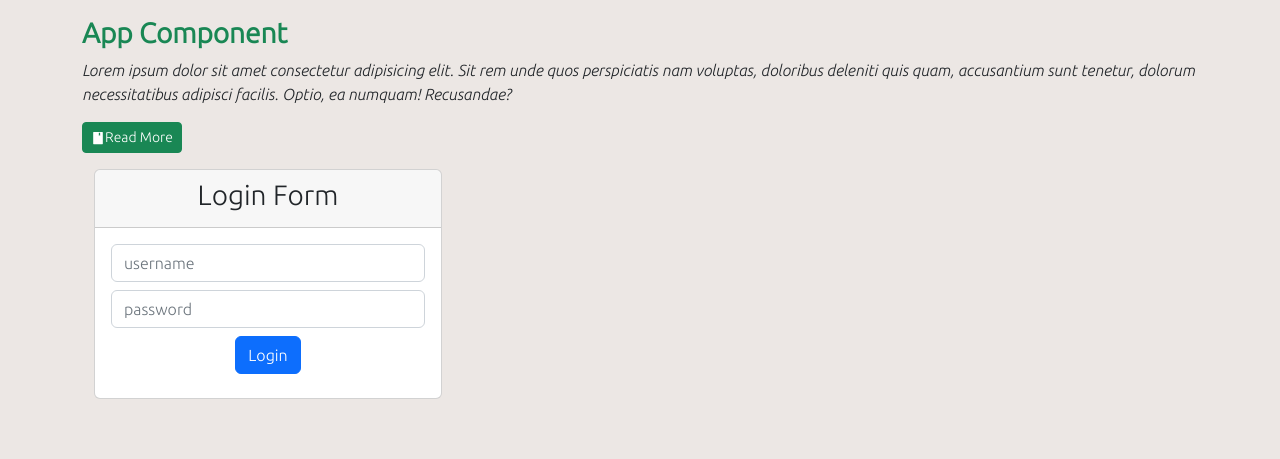
Repository: OmniaRafat232111121/employee_List
Page: /
An editor plug-in stored every save of this project. The page is shown before and after a run of saves, followed by the edit.
The browser window is 1280 px wide. The pictures show the whole page.
The project was rebuilt for these pictures with package versions that can differ from the ones it lists, and the page was loaded fresh each time.

Above is the page before, as saved 2022-09-09 15:24:56.

### public/index.html
<!DOCTYPE html>
<html lang="en">
  <head>
    <meta charset="utf-8" />
    <link rel="icon" href="%PUBLIC_URL%/favicon.ico" />
    <meta name="viewport" content="width=device-width, initial-scale=1" />
    <meta name="theme-color" content="#000000" />
    <meta
      name="description"
      content="Web site created using create-react-app"
    />
    <link rel="stylesheet" href="https://cdnjs.cloudflare.com/ajax/libs/font-awesome/4.7.0/css/font-awesome.css" integrity="sha512-5A8nwdMOWrSz20fDsjczgUidUBR8liPYU+WymTZP1lmY9G6Oc7HlZv156XqnsgNUzTyMefFTcsFH/tnJE/+xBg==" crossorigin="anonymous" referrerpolicy="no-referrer" />
    <link rel="manifest" href="%PUBLIC_URL%/manifest.json" />
    <title>React App</title>
  </head>
  <body>
    <noscript>You need to enable JavaScript to run this app.</noscript>
    <div id="root"></div>

  </body>
</html>

    <link rel="apple-touch-icon" href="%PUBLIC_URL%/logo192.png" />

    <link rel="manifest" href="%PUBLIC_URL%/manifest.json" />

    <title>React App</title>
  </head>
  <body>
    <noscript>You need to enable JavaScript to run this app.</noscript>
    <div id="root"></div>
  </body>
</html>

### src/index.tsx
import React from 'react';
import ReactDOM from 'react-dom/client';
import './index.css';
import App from './App';
import reportWebVitals from './reportWebVitals';

/*Bootstrap*/
import "../node_modules/bootstrap/dist/css/bootstrap.css"
import "../node_modules/bootstrap/dist/js/bootstrap.bundle"
const root = ReactDOM.createRoot(
  document.getElementById('root') as HTMLElement
);
root.render(
  <React.StrictMode>
    <App />
  </React.StrictMode>
);

// If you want to start measuring performance in your app, pass a function
// to log results (for example: reportWebVitals(console.log))
// or send to an analytics endpoint. Learn more: https://bit.ly/CRA-vitals
reportWebVitals();

### src/index.css
@import url('https://fonts.googleapis.com/css2?family=Be+Vietnam+Pro:wght@100&family=Montserrat:wght@400;700&family=Ubuntu:ital,wght@0,300;1,300&display=swap');
body {
  margin: 0;
  font-family: 'Ubuntu', sans-serif !important;
  background-color: #ece7e4 !important;
}

### src/App.tsx
import React from 'react';
import {AiFillBook} from 'react-icons/ai'
import Counter from './components/Counter';
import Greeting from './components/Greeting';
import LoginForm from './components/LoginForm';
function App() {

  return (
    <div className="App">
     <React.Fragment>
      <div className="container mt-3">
        <div className="grid">
          <div className="row">
            <div className="col">
              <p className='h3 fw-bold text-success'>App Component</p>
              <p className="fst-italic">Lorem ipsum dolor sit amet consectetur adipisicing elit. Sit rem unde quos perspiciatis nam voluptas, doloribus deleniti quis quam, accusantium sunt tenetur, dolorum necessitatibus adipisci facilis. Optio, ea numquam! Recusandae?</p>
              <button className='btn btn-success btn-sm'>
             < AiFillBook className='' />Read More</button>
            </div>
          </div>
          {/* <div className="row">
            <div className="col">
             <Counter/>

            </div>
          </div>

       <div className="row">
        <div className="col">
          <Greeting/>
        </div>
       </div> */}
       <div className="row">
        <div className="col">
          <LoginForm/>
        </div>
       </div>

        </div>
      </div>

     </React.Fragment>
    </div>
  );
}

export default App;

### src/components/LoginForm.tsx
import React,{useState} from 'react';
import { IUser } from '../modals/IUser';

interface IProps {

}
interface IState {
user:IUser
}
const LoginForm: React.FC<IProps> = (props) => {
    let [state,setState]=useState<IState>({
      user:{
        username:'',
        password:''
      }
  });
  let updateInput=(event:React.ChangeEvent<HTMLInputElement>):void=>{
    setState({
        user:{
            ...state.user,
            [event.target.name]:event.target.value
        }
    })
  }
    return (
   <React.Fragment>
    <pre>{}</pre>
    <div className="container mt-3">
        <div className="row">
            <div className="col-md-4">
                <div className="card text-center">
                    <div className="card-header text-center">
                      <p className="h3">Login Form</p>
                    </div>
                    <div className="card-body">
                        <form>
                            <div className="mb-2">
                                <input type="text"
                                required={true}
                                name="username"
                                value={state.user.username}
                                onChange={updateInput}
                                className='form-control'
                                 placeholder='username'/>
                            </div>
                            <div className="mb-2">
                                <input type="password"
                                 required={true}
                                name="password"
                                value={state.user.password}
                                onChange={updateInput}
                                 className='form-control'
                                  placeholder='password'/>
                            </div>
                            <div className="mb-2">
                                <input type="submit" className='btn btn-primary' value='Login'/>
                            </div>
                        </form>
                    </div>
                </div>
            </div>
        </div>
    </div>
   </React.Fragment>
  );
};

export default LoginForm;

Loaded but not shown: src/reportWebVitals.ts (common file)

After the next 12 saves:
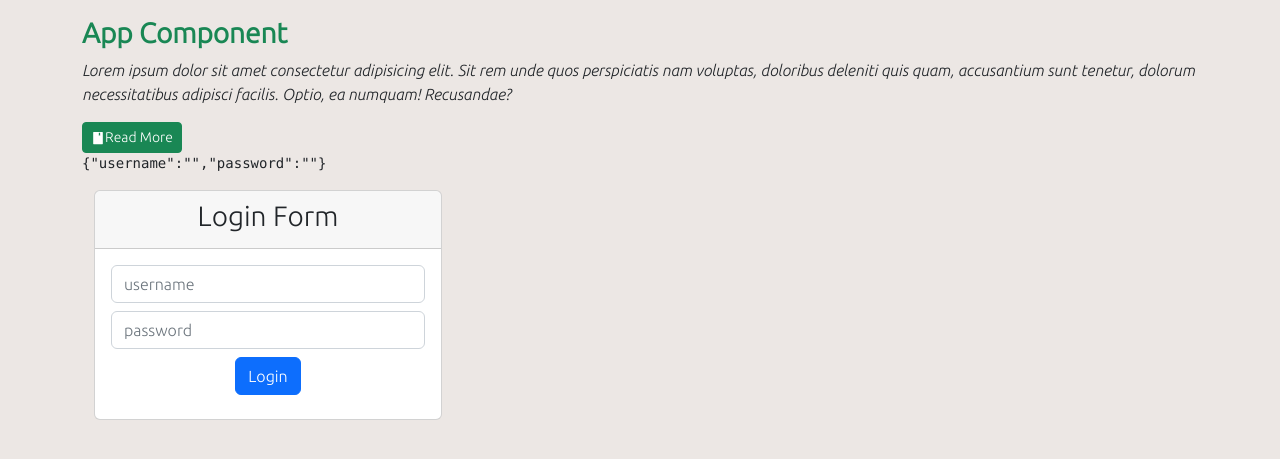
The 12 saves are shown as one change because they came seconds apart.
The last was saved 18 s later.
--- a/src/components/LoginForm.tsx
+++ b/src/components/LoginForm.tsx
@@ -24,7 +24,7 @@ const LoginForm: React.FC<IProps> = (props) => {
   }
     return (
    <React.Fragment>
-    <pre>{}</pre>
+    <pre>{JSON.stringify(state.user)}</pre>
     <div className="container mt-3">
         <div className="row">
             <div className="col-md-4">
